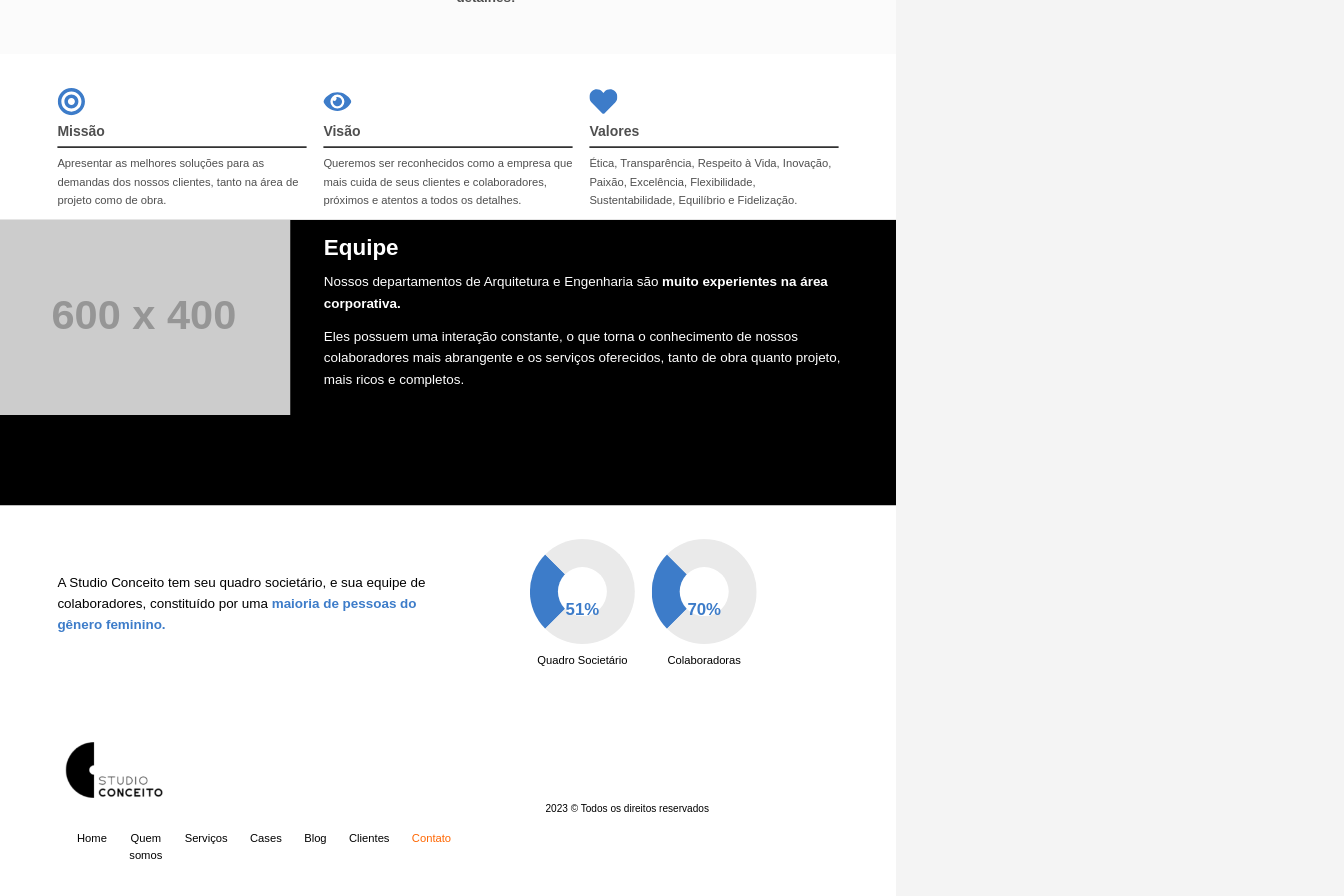
Repository: Upstairs-Agencia/studio-conceito-react
Page: /quem-somos
The author's editor kept a copy of each file at every save. The page is drawn from the files as they stood at one save, then again after the next save.
The browser window is 1280 px wide. The page is 1920 px wide, so the pictures cover 1920 px, including what lies to the right of the window. The pictures show the part of the page from y = 2083 to 3363 px (the page is 3363 px tall), at 70% of full size.
The project was rebuilt for these pictures with package versions that can differ from the ones it lists, and the page was loaded fresh each time. Also part of the build but not shown: src/pages/Home.js, src/pages/Servicos.js, src/styles/cases.css, src/pages/Cases.js, src/pages/Blog.js, src/pages/Clientes.js, src/pages/Contato.js.

Above is the page before, as saved 2024-12-29 12:50:04.

### public/index.html
<!DOCTYPE html>
<html lang="en">
  <head>
    <meta charset="utf-8" />
    <link rel="icon" href="%PUBLIC_URL%/favicon.ico" />
    <meta name="viewport" content="width=device-width, initial-scale=1" />
    <meta name="theme-color" content="#000000" />
    <meta
      name="description"
      content="Web site created using create-react-app"
    />
    <link rel="apple-touch-icon" href="%PUBLIC_URL%/logo192.png" />
    <!--
      manifest.json provides metadata used when your web app is installed on a
      user's mobile device or desktop. See https://developers.google.com/web/fundamentals/web-app-manifest/
    -->
    <link rel="manifest" href="%PUBLIC_URL%/manifest.json" />
    <!--
      Notice the use of %PUBLIC_URL% in the tags above.
      It will be replaced with the URL of the `public` folder during the build.
      Only files inside the `public` folder can be referenced from the HTML.

      Unlike "/favicon.ico" or "favicon.ico", "%PUBLIC_URL%/favicon.ico" will
      work correctly both with client-side routing and a non-root public URL.
      Learn how to configure a non-root public URL by running `npm run build`.
    -->
    <title>Studio Conceito</title>
  </head>
  <body>
    <noscript>You need to enable JavaScript to run this app.</noscript>
    <div id="root"></div>
    <!--
      This HTML file is a template.
      If you open it directly in the browser, you will see an empty page.

      You can add webfonts, meta tags, or analytics to this file.
      The build step will place the bundled scripts into the <body> tag.

      To begin the development, run `npm start` or `yarn start`.
      To create a production bundle, use `npm run build` or `yarn build`.
    -->
  </body>
</html>

### src/index.js

import React from 'react';
import ReactDOM from 'react-dom';
import App from './App';
import 'mdb-react-ui-kit/dist/css/mdb.min.css'; // MDB styles
import './index.css'; // Global styles

ReactDOM.render(
  <React.StrictMode>
    <App />
  </React.StrictMode>,
  document.getElementById('root')
);

### src/App.js

import React from 'react';
import { BrowserRouter as Router, Routes, Route } from 'react-router-dom';
import Home from './pages/Home';
import QuemSomos from './pages/QuemSomos';
import Servicos from './pages/Servicos';
import Cases from './pages/Cases';
import Blog from './pages/Blog';
import Clientes from './pages/Clientes';
import Contato from './pages/Contato';

function App() {
  return (
    <Router>
      <Routes>
        <Route path="/" element={<Home />} />
        <Route path="/quem-somos" element={<QuemSomos />} />
        <Route path="/servicos" element={<Servicos />} />
        <Route path="/cases" element={<Cases />} />
        <Route path="/blog" element={<Blog />} />
        <Route path="/clientes" element={<Clientes />} />
        <Route path="/contato" element={<Contato />} />
      </Routes>
    </Router>
  );
}

export default App;

### src/index.css

body {
  margin: 0;
  font-family: Arial, sans-serif;
  background-color: #f4f4f4;
}

### src/pages/QuemSomos.js
import React from "react";
import Navbar from "../components/navbar"; // Importando o componente Navbar
import { MDBContainer, MDBRow, MDBCol } from "mdb-react-ui-kit";
import { FaBullseye, FaEye, FaHeart } from "react-icons/fa";

import Footer from "../components/footer";
import "../styles/quemsomos.css";

export default function QuemSomos() {
  return (
    <>
      {/* Navbar */}
      <Navbar />

      {/* Seção de cabeçalho do quem somos */}
      <section className="bg-black text-white py-5">
        <MDBContainer>
          <MDBRow className="align-items-center">
            <MDBCol md="6">
              <h1 className="fw-bold">Quem somos</h1>
            </MDBCol>
            <MDBCol md="6" className="text-end">
              <img
                src="https://placehold.co/200x150" // Imagem maior para seguir o padrão original
                alt="Padrão gráfico"
                style={{ maxWidth: "200px", marginRight: "4rem" }}
              />
            </MDBCol>
          </MDBRow>
        </MDBContainer>
      </section>

      {/* Quem Somos Section */}
      <section className="py-5 ">
        <MDBContainer>
          <MDBRow className="align-items-center">
            <MDBCol md="6">
              <img
                src="https://via.placeholder.com/600x400"
                alt="Studio Conceito"
                className="img-fluid"
              />
            </MDBCol>
            <MDBCol md="6">
              <h2 className="fw-bold mb-4">Studio Conceito</h2>
              <p>
                A Studio Conceito Arquitetura foi{" "}
                <strong>fundada em 2009</strong> e conta com uma equipe
                altamente capacitada e com grande experiência na área
                corporativa.
              </p>
              <p>
                O <strong>Atendimento Personalizado</strong> é o grande foco de
                nossa empresa, visando sempre garantir a satisfação e a
                consequente fidelização de nossos clientes.
              </p>
            </MDBCol>
          </MDBRow>
        </MDBContainer>
        <img
          src="https://via.placeholder.com/1920x200"
          alt="Studio Conceito"
          className="imagemfundo"
        />
      </section>

      {/* Sócios Section */}
      <section className="py-5 socios text-white">
        <MDBContainer>
          <h1 className="text-left titulosocios fw-bold mb-5">Sócios</h1>
          <MDBRow className="text-center">
            <MDBCol md="6" className="mb-4">
              <div className="team-member">
                <img
                  src="https://via.placeholder.com/400x400"
                  alt="Arq. Cristina Castilho"
                  className="img-fluid mb-2"
                />
                <h4 className="fw-bold">Arq. Cristina Castilho</h4>
                <p>CEO | Sócia fundadora</p>
              </div>
            </MDBCol>
            <MDBCol md="6" className="mb-4">
              <div className="team-member">
                <img
                  src="https://via.placeholder.com/400x400"
                  alt="Arq. Gabriel Castilho"
                  className="img-fluid mb-2"
                />
                <h4 className="fw-bold">Arq. Gabriel Castilho</h4>
                <p>COO | Sócio fundador</p>
              </div>
            </MDBCol>
          </MDBRow>
        </MDBContainer>
      </section>

      {/* Atendemos em todo Brasil Section */}
      <section className="py-5 bg-light">
        <MDBContainer>
          <MDBRow className="align-items-center">
            <MDBCol md="6" className="title-container">
              <h1 className="atendemos-title">Atendemos</h1>
              <h1 className="brasil-title">em todo Brasil</h1>
            </MDBCol>
            <MDBCol md="6">
              <p className="text-large">
                Com uma equipe multidisciplinar e altamente capacitada, composta
                por arquitetos, engenheiros e designers, apresentamos as
                melhores soluções para as demandas de nossos clientes, tanto na
                área de <span className="fw-bold">projeto</span> como de{" "}
                <span className="fw-bold">obra</span>.
              </p>
              <p className="text-large">
                Adequamos nossos times às necessidades de cada solicitação,
                sejam elas projetos, gerenciamento e execução de obra. Do início
                ao fim, ficamos ao lado do cliente{" "}
                <span className="fw-bold">cuidando de todos os detalhes!</span>
              </p>
            </MDBCol>
          </MDBRow>
        </MDBContainer>
      </section>

      {/* Missão, Visão e Valores Section */}
      <section className="py-5 bg-white">
        <MDBContainer>
          <MDBRow className="text-center mission-row">
            <MDBCol md="4" className="mission-col">
              <div className="icon-container">
                <FaBullseye size={40} color="#3d7cc9" />
              </div>
              <h5 className="fw-bold">Missão</h5>
              <div className="divider"></div>
              <p>
                Apresentar as melhores soluções para as demandas dos nossos
                clientes, tanto na área de projeto como de obra.
              </p>
            </MDBCol>
            <MDBCol md="4" className="mission-col">
              <div className="icon-container">
                <FaEye size={40} color="#3d7cc9" />
              </div>
              <h5 className="fw-bold">Visão</h5>
              <div className="divider"></div>
              <p>
                Queremos ser reconhecidos como a empresa que mais cuida de seus
                clientes e colaboradores, próximos e atentos a todos os
                detalhes.
              </p>
            </MDBCol>
            <MDBCol md="4" className="mission-col">
              <div className="icon-container">
                <FaHeart size={40} color="#3d7cc9" />
              </div>
              <h5 className="fw-bold">Valores</h5>
              <div className="divider"></div>
              <p>
                Ética, Transparência, Respeito à Vida, Inovação, Paixão,
                Excelência, Flexibilidade, Sustentabilidade, Equilíbrio e
                Fidelização.
              </p>
            </MDBCol>
          </MDBRow>
        </MDBContainer>

        {/* Equipe Section */}
        <section className="equipe-section">
          <MDBContainer fluid className="d-flex align-items-center">
            <MDBCol md="4" className="p-0">
              <img
                src="https://via.placeholder.com/600x400"
                alt="Equipe"
                className="img-fluid equipe-image"
              />
            </MDBCol>
            <MDBCol
              md="8"
              className="d-flex flex-column justify-content-center equipe-text"
            >
              <h2 className="fw-bold text-left mb-3">Equipe</h2>
              <p className="text-left">
                Nossos departamentos de Arquitetura e Engenharia são{" "}
                <strong>muito experientes na área corporativa.</strong>
              </p>
              <p className="text-left">
                Eles possuem uma interação constante, o que torna o conhecimento
                de nossos colaboradores mais abrangente e os serviços
                oferecidos, tanto de obra quanto projeto, mais ricos e
                completos.
              </p>
            </MDBCol>
          </MDBContainer>
        </section>

        {/* Diversidade Section */}
        <section className="diversidade-section">
          <MDBContainer className="d-flex align-items-center justify-content-between">
            <MDBCol md="6" className="d-flex flex-column diversidade-text">
              <p className="text-left">
                A Studio Conceito tem seu quadro societário, e sua equipe de
                colaboradores, constituído por uma{" "}
                <span className="destaque">
                  maioria de pessoas do gênero feminino.
                </span>
              </p>
            </MDBCol>
            <MDBCol md="6" className="d-flex justify-content-center gap-4">
              {/* Gráfico Quadro Societário */}
              <div className="grafico-container">
                <div className="grafico"></div>
                <span className="grafico-percentual">51%</span>
                <p className="grafico-label">Quadro Societário</p>
              </div>

              {/* Gráfico Colaboradoras */}
              <div className="grafico-container">
                <div className="grafico"></div>
                <span className="grafico-percentual">70%</span>
                <p className="grafico-label">Colaboradoras</p>
              </div>
            </MDBCol>
          </MDBContainer>
        </section>

        <Footer />
      </section>
    </>
  );
}

### src/components/navbar.js
import React, { useState } from "react";

import Logo from "../images/logoBlack.png";

import {
  MDBNavbar,
  MDBNavbarBrand,
  MDBContainer,
} from "mdb-react-ui-kit";
import { FaLinkedin, FaInstagram, FaPinterest, FaBars } from "react-icons/fa";
import { IoIosClose } from "react-icons/io";
import { Link } from "react-router-dom";

import SeloGptw from "../images/selo-gptw.png";

const Navbar = () => {
  const [showMenu, setShowMenu] = useState(false);

  return (
    <>
      {/* Navbar */}
      <MDBNavbar dark bgColor="white" className="py-4 px-5">
        <MDBContainer fluid className="d-flex justify-content-between align-items-center">
          {/* Logo */}
          <MDBNavbarBrand href="#" className="ms-5">
            <img
              src={Logo}
              alt="Logo"
              style={{ maxHeight: "90px", marginLeft: "12vw"}}
            />
          </MDBNavbarBrand>

          {/* Social Icons and Menu Toggle */}
          <div className="d-flex align-items-center">
            {/* Social Icons */}
            <div className="d-flex gap-3 me-3">
              <button className="btn btn-light rounded-circle p-2">
                <FaLinkedin size={30} />
              </button>
              <button className="btn btn-light rounded-circle p-2">
                <FaInstagram size={30} />
              </button>
              <button className="btn btn-light rounded-circle p-2">
                <FaPinterest size={30} />
              </button>
            </div>

            {/* FaBars Icon for Sidebar */}
            <button
              className="btn rounded-circle p-2"
              style={{
                background: "none",
                border: "none",
                cursor: "pointer",
              }}
              onClick={() => setShowMenu(!showMenu)}
            >
              <FaBars size={20} color="black" />
            </button>
          </div>
        </MDBContainer>
      </MDBNavbar>

      {/* Sidebar Menu */}
      {showMenu && (
        <div
          className="position-fixed top-0 end-0 bg-white vh-100 vw-350 shadow-lg d-flex flex-column"
          style={{ zIndex: 1050, width: "500px" }}
        >
          <div className="d-flex justify-content-end p-3">
            {/* Close Button */}
            <button
              className="p-0"
              style={{
                background: "none",
                border: "none",
                cursor: "pointer",
              }}
              onClick={() => setShowMenu(false)}
            >
              <IoIosClose size={40} />
            </button>
          </div>





          <div className="p-4 flex-grow-1">
            {/* Menu Items */}
            <ul className="list-unstyled">
              {[
                { label: "Home", link: "/" },
                { label: "Quem somos", link: "/quem-somos" },
                { label: "Serviços", link: "/servicos" },
                { label: "Cases", link: "/cases" },
                { label: "Blog", link: "/blog" },
                { label: "Clientes", link: "/clientes" },
                { label: "Contato", link: "/contato" },
              ].map((item, index) => (
                <li key={index} className="py-2">
                  <Link
                    to={item.link}
                    className="text-decoration-none fs-6"
                    style={{
                      transition: "all 0.3s ease-in-out", // Transição suave
                      color:"black"
                    }}
                    onMouseOver={(e) => {
                      e.currentTarget.style.color = "#FF7F30"; // Altera a cor
                      e.currentTarget.style.fontWeight = "bold"; // Negrito
                    }}
                    onMouseOut={(e) => {
                      e.currentTarget.style.color = "black"; // Retorna à cor original
                      e.currentTarget.style.fontWeight = "normal"; // Retira o negrito
                    }}
                  >
                    {item.label}
                  </Link>
                </li>
              ))}
            </ul>
          </div>



          {/* Footer Section */}
          <div className="d-flex justify-content-between align-items-center px-4 pb-4">
            {/* Social Icons */}
            <div className="d-flex gap-3">
              <button className="btn btn-dark rounded-circle p-2">
                <FaLinkedin size={20} color="white" />
              </button>
              <button className="btn btn-dark rounded-circle p-2">
                <FaInstagram size={20} color="white" />
              </button>
              <button className="btn btn-dark rounded-circle p-2">
                <FaPinterest size={20} color="white" />
              </button>
            </div>

            {/* Placeholder Image */}
            <img
              src={SeloGptw}
              alt="Great Place to Work"
              style={{ maxHeight: "200px", marginBottom: "4rem" }}
            />
          </div>
        </div>
      )}
    </>
  );
};

export default Navbar;

### src/components/footer.js
import React from "react";
import { MDBFooter, MDBContainer, MDBRow, MDBCol } from "mdb-react-ui-kit";
import Logo from "../images/logoBlack.png";
import "../styles/footer.css";

const Footer = () => {
  return (
    <MDBFooter className="footer-container text-center text-white">
      <MDBContainer className="p-4 footer-content">

        <MDBRow className="content-signature">
            {/* Logo e Nome */}
            <MDBCol md="4" className="mb-4 footer-left">
                <img
                    src={Logo}
                    alt="Studio Conceito Logo"
                    className="footer-logo"
                />

                {/* Navegação */}
                <MDBCol md="4" className="mb-3 footer-center">
                    <nav className="footer-nav">
                        <a href="/">Home</a>
                        <a href="/quem-somos"> Quem somos </a>
                        <a href="/servicos">Serviços</a>
                        <a href="/cases">Cases</a>
                        <a href="/blog">Blog</a>
                        <a href="/clientes">Clientes</a>
                        <a href="/contato" className="footerHighlight">
                            Contato
                        </a>
                    </nav>
                </MDBCol>

            </MDBCol>

            {/* Direitos Reservados */}
            <MDBCol md="4" className="mb-4 footer-right">
                <p className="mb-0">2023 &copy; Todos os direitos reservados</p>
            </MDBCol>

        </MDBRow>



      </MDBContainer>
    </MDBFooter>
  );
};

export default Footer;

### src/styles/quemsomos.css
.socios{
    background-color: #000;
}

.titulosocios{
    margin-left: 7rem;
}

/* Título: Atendemos em todo Brasil */
.title-container {
    text-align: left;
  }

  .atendemos-title {
    font-size: 2.5rem;
    font-weight: normal;
    color: #000;
  }

  .brasil-title {
    font-size: 2.5rem;
    font-weight: bold;
    color: #000;
    margin-top: -10px; /* Para aproximar os textos */
  }

  /* Texto em letras maiores */
  .text-large {
    font-size: 1.2rem;
    line-height: 1.8;
    text-align: left;
  }

  /* Missão, Visão e Valores */
  .mission-row {
    justify-content: space-between;
  }

  .mission-col {
    text-align: left;
    max-width: 400px;
  }

  .icon-container {
    margin-bottom: 10px;
  }

  .divider {
    width: 100%;
    height: 2px;
    background-color: #000;
    margin: 10px auto;
  }

  /* Equipe Section */
.equipe-section {
    background-color: #000;
    color: #fff;
    height: 408px;
  }

  .equipe-image {
    object-fit: cover;
    height: 100%;
    width: 100%;
    margin-left: -1rem;
  }

  .equipe-text {
    padding: 0 2rem;
  }

  .equipe-text h2 {
    font-size: 2rem;
  }

  .equipe-text p {
    font-size: 1.2rem;
  }

  /* Diversidade Section */
  .diversidade-section {
    background-color: #fff;
    color: #000;
    padding: 3rem 0;
  }

  .diversidade-text p {
    font-size: 1.2rem;
  }

  .diversidade-text .destaque {
    color: #3d7cc9;
    font-weight: bold;
  }

  /* Gráficos */
  .grafico-container {
    position: relative;
    text-align: center;
  }

  .grafico {
    width: 150px;
    height: 150px;
    border-radius: 50%;
    border: 40px solid #eaeaea;
    border-top: 40px solid #3d7cc9;
    transform: rotate(-90deg);
    margin: 0 auto;
  }

  .grafico-percentual {
    position: absolute;
    top: 50%;
    left: 50%;
    transform: translate(-50%, -50%);
    color: #3d7cc9;
    font-weight: bold;
    font-size: 1.5rem;
  }

  .grafico-label {
    margin-top: 10px;
    font-size: 1rem;
  }


  /* Responsividade */
  @media (max-width: 768px) {
    .atendemos-title,
    .brasil-title {
      font-size: 2rem;
    }

    .text-large {
      font-size: 1rem;
    }

    .mission-col {
      max-width: 100%;
    }
  }

### src/styles/footer.css
.footer-container {
    background-color: white;
    height: 25vh !important; /* Ocupa 30% da altura da tela */
    display: flex;
    justify-content: center;
    align-items: center;
    color: black;
    font-family: Arial, sans-serif;
    margin: 1rem 0;
  }

  .footer-content {
    height: 100%; /* Garante que o conteúdo ocupe toda a altura do footer */
  }

  .content-signature{
    display: flex;
    flex-direction: row;
  }

  .footer-left {
    display: flex;
    flex-direction: column;
  }

  .footer-logo {
    max-width: 40%; /* Aumenta a imagem para 40% de seu tamanho */
    margin-bottom: 10px;
  }


  .footer-center {
    text-align: center;
    margin: 2rem 0;
  }

  .footer-nav{
    display: flex;
    flex-direction: row;
    justify-content: space-around;
    width:35vw;

  }

  .footerHighlight {
    color: #ff6600 !important;
  }

  .footer-nav a {
    margin: 1px 1rem;
    text-decoration: none;
    color: #000;
    font-size: 1rem;
    transition: color 0.3s ease;
  }

  .footer-nav a:hover {
    color: #ff6600;
  }



  .footer-right {
    text-align: center;
    display: flex;
    justify-content: center;
    align-items: center;
    margin-left: 20vw;
    font-size: 0.9rem;
    color: #000;
  }

After the next save:
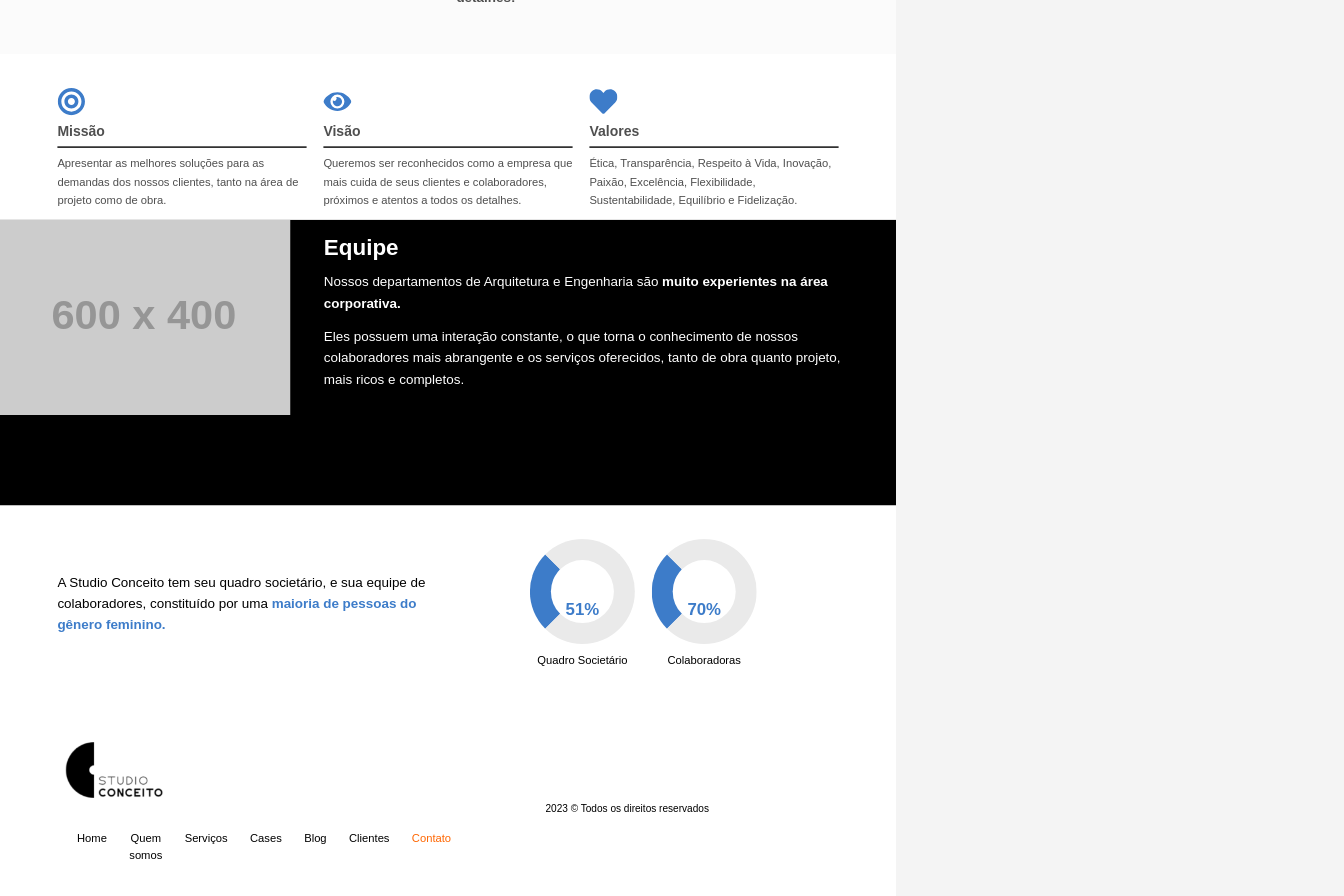
Saved 39 s later.
--- a/src/styles/quemsomos.css
+++ b/src/styles/quemsomos.css
@@ -104,8 +104,8 @@
     width: 150px;
     height: 150px;
     border-radius: 50%;
-    border: 40px solid #eaeaea;
-    border-top: 40px solid #3d7cc9;
+    border: 30px solid #eaeaea;
+    border-top: 30px solid #3d7cc9;
     transform: rotate(-90deg);
     margin: 0 auto;
   }
